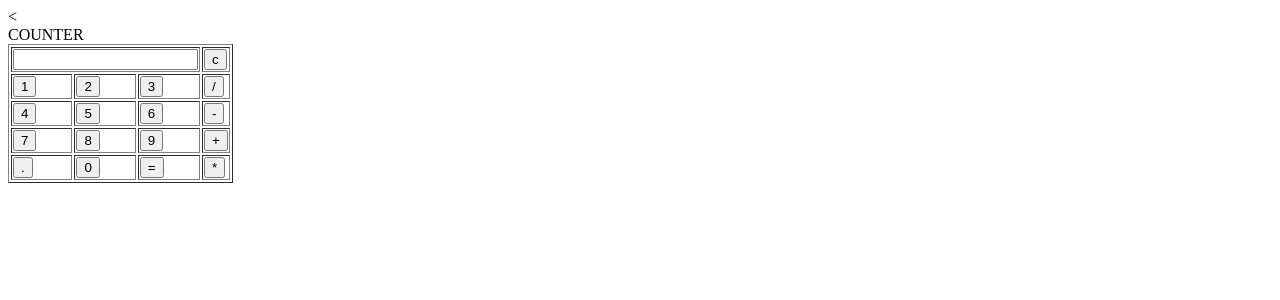
Repository: Seryozha02/Calculator
Page: calculator.html
An editor plug-in stored every save of this project. The page is shown before and after the next save, followed by the edit.
The browser window is 1280 px wide. The pictures show the whole page.

Above is the page before, as saved 2022-02-14 16:45:46.

After the next save:
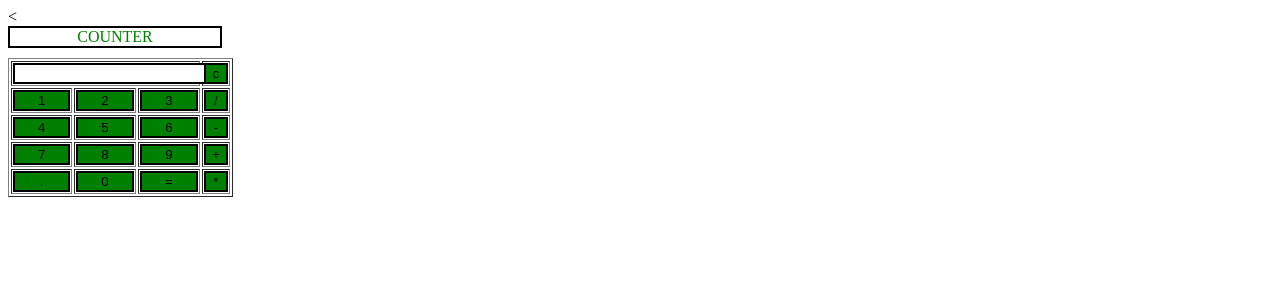
Saved 28 s later.
--- a/calculator.css
+++ b/calculator.css
@@ -1,11 +1,22 @@
-.header{
-    margin-left: 700px;
-    margin-top: 300px;
-}
+.title{
+    margin-bottom: 10px;
+    text-align:center;
+    width: 210px;
+    color:green;
+    border: solid black 2px;
+    }
 
+    input[type="button"]
+    {
+    background-color:green;
+    color: black;
+    border: solid black 2px;
+    width:100%
+    }
 
-
-
-.plyus{
-    margin-top: ;
-}
+    input[type="text"]
+    {
+    background-color:white;
+    border: solid black 2px;
+    width:100%
+    }

After the save that followed:
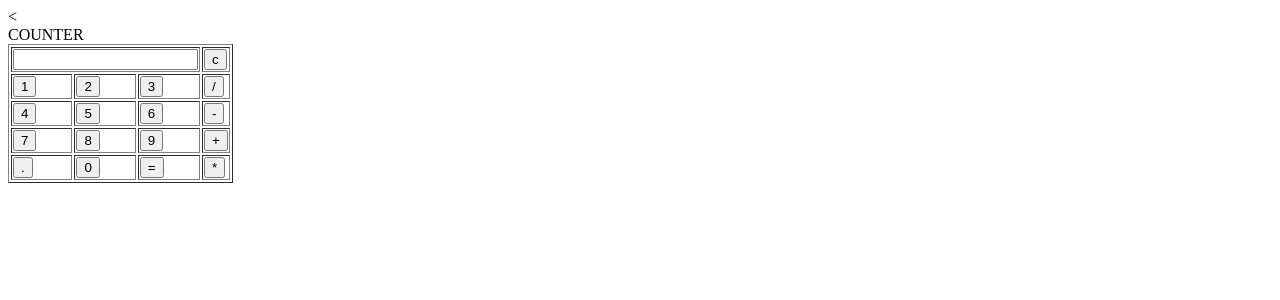
Saved 33 s later.
--- a/calculator.css
+++ b/calculator.css
@@ -1,4 +1,4 @@
-.title{
+/* .title{
     margin-bottom: 10px;
     text-align:center;
     width: 210px;
@@ -19,4 +19,4 @@
     background-color:white;
     border: solid black 2px;
     width:100%
-    }
+    } */
